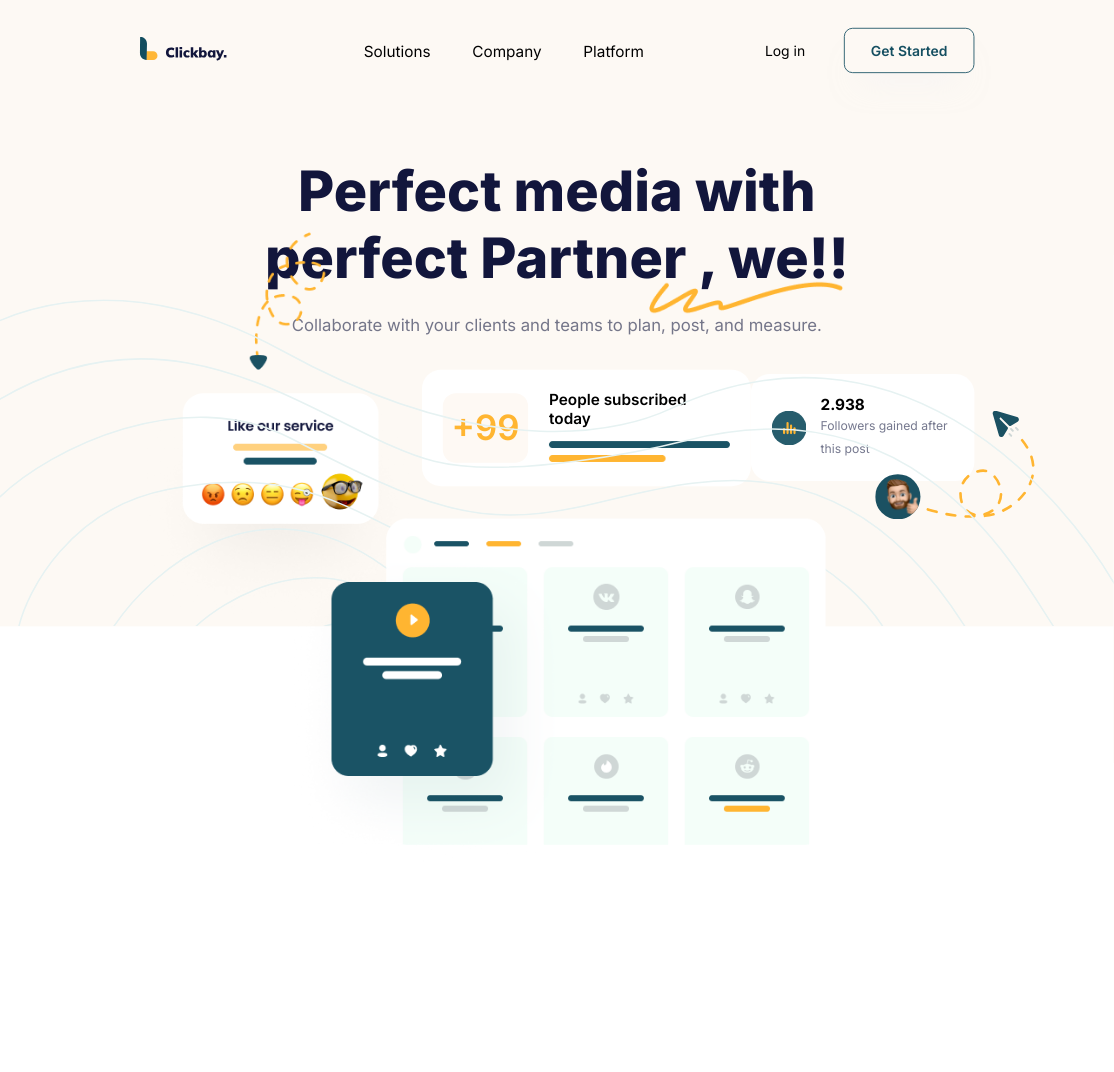
Repository: badhon252/Clickbay
Page: index.html
These files come from the project's save history. The page is drawn as it stood at one moment and after the next save; the edit follows.
The browser window is 1280 px wide. The pictures show the whole page, at 87% of full size.
The style sheet was rebuilt from its Sass, Less or Tailwind sources for each picture, by a compiler version that may differ from the author's.

Above is the page before, as saved 2022-09-04 04:42:57.

After the next save:
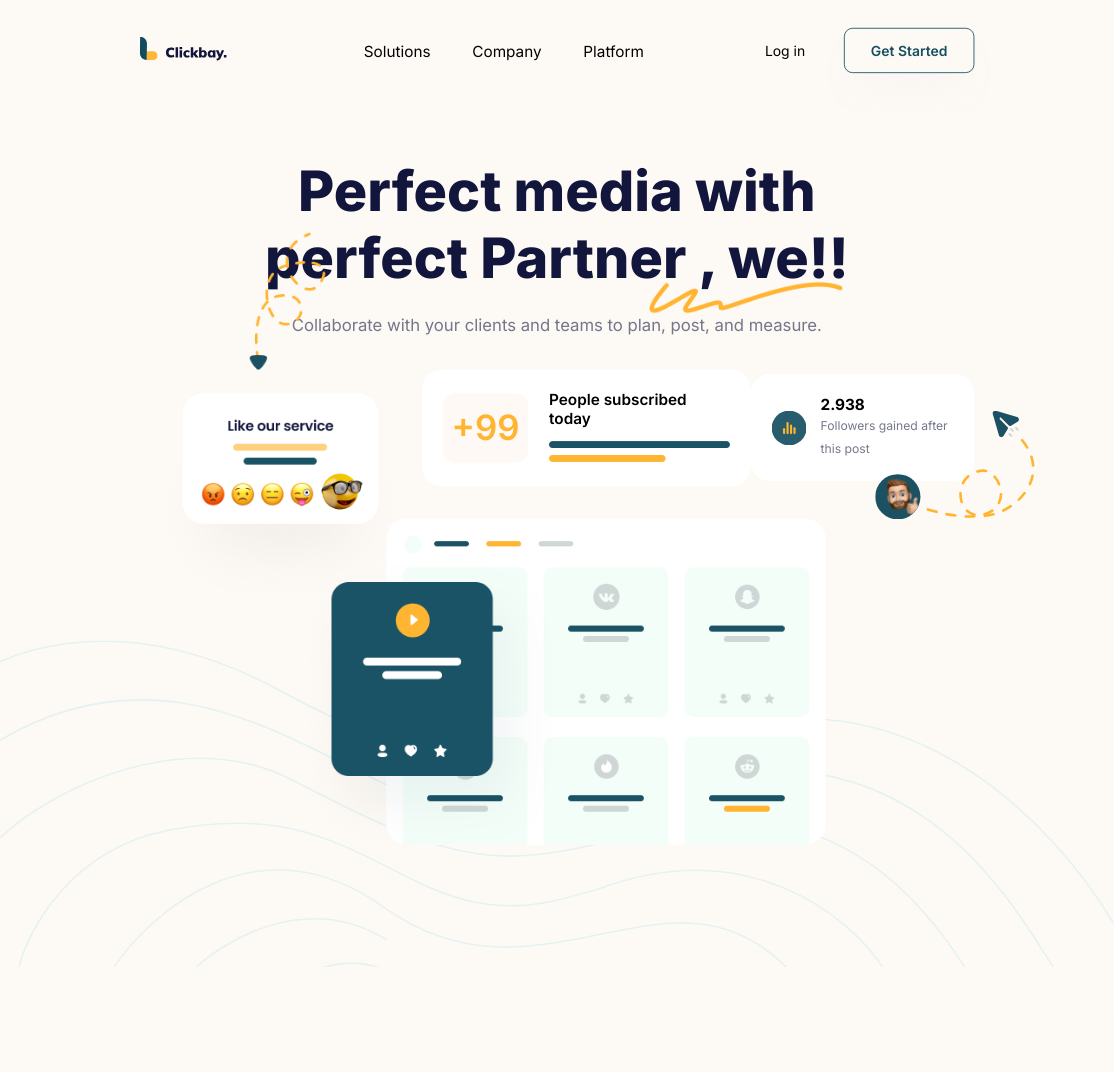
Saved 13 s later.
--- a/scss/style.scss
+++ b/scss/style.scss
@@ -51,12 +51,12 @@
 
 header {
   background-color: #fdf9f4;
-  height: 100vh;
+  min-height: 100vh;
   position: relative;
 
   .header-img {
     position: absolute;
-    bottom: 0;
+    bottom: 120px;
     right: 0;
     z-index: 1;
     width: 100%;
@@ -108,10 +108,6 @@ header {
       font-weight: 500;
       line-height: 27px;
       color: #12163c94;
-    }
-    .service {
-      position: relative;
-      z-index: 1;
     }
 
     .company-stat {
